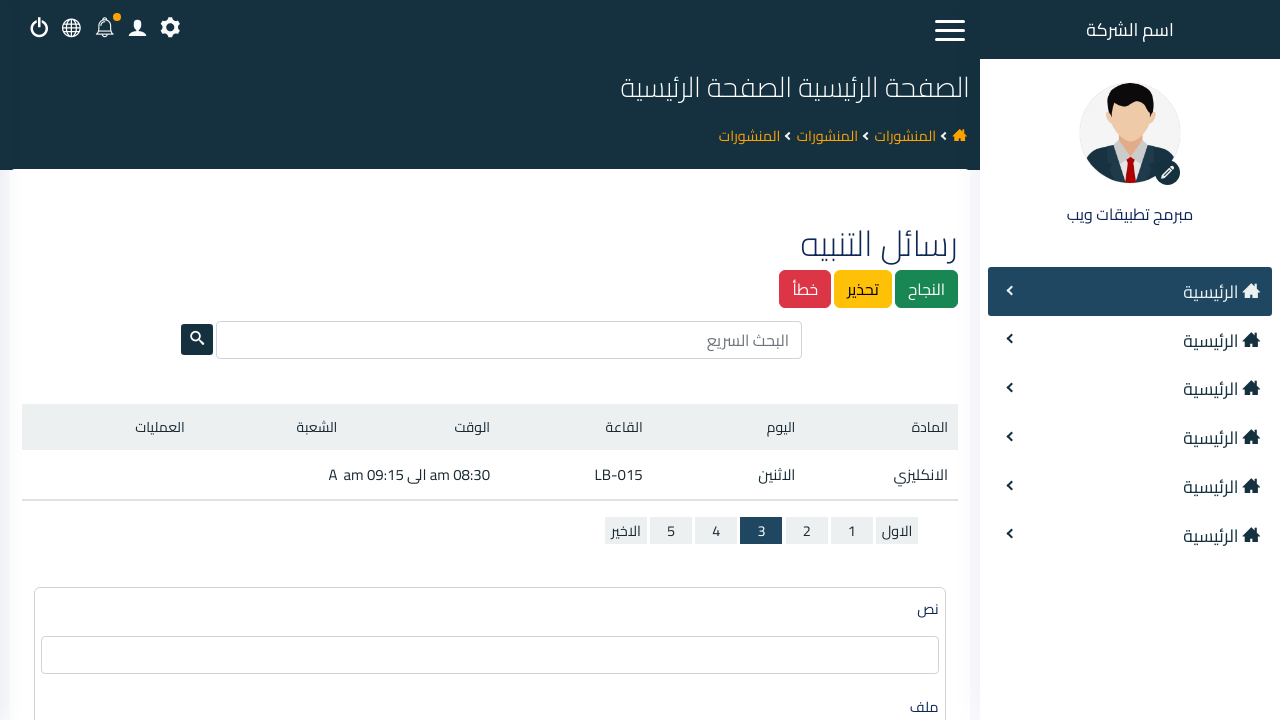
Repository: MohammedKhairi/dashboard-frontend
Page: index.html
The author's editor kept a copy of each file at every save. The page is drawn from the files as they stood at one save, then again after the next save.
The browser window is 1280 px wide. The pictures show the whole page.
An inner scrolling area shows only its first screen.

Above is the page before, as saved 2023-09-01 10:24:01.

After the next save:
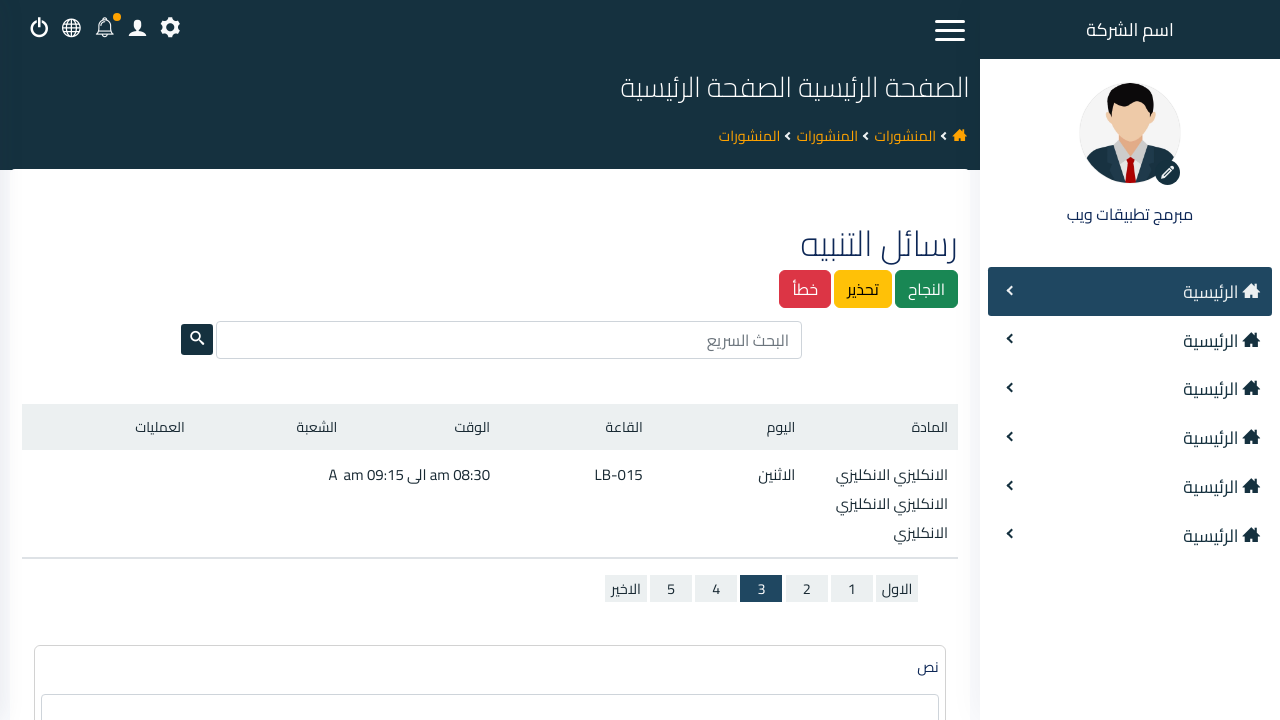
Saved 6 min 6 s later.
--- a/index.html
+++ b/index.html
@@ -263,7 +263,7 @@
                                 <div class="col col-2">العمليات</div>
                             </li>
                             <li class="table-row border-2 border-bottom">
-                                <div class="col col-2" data-label="المادة">الانكليزي</div>
+                                <div class="col col-2" data-label="المادة">الانكليزي الانكليزي الانكليزي الانكليزي الانكليزي</div>
                                 <div class="col col-2" data-label="اليوم">الاثنين</div>
                                 <div class="col col-2" data-label="القاعة">LB-015</div>
                                 <div class="col col-2" data-label="الوقت">08:30 am الى 09:15 am</div>
